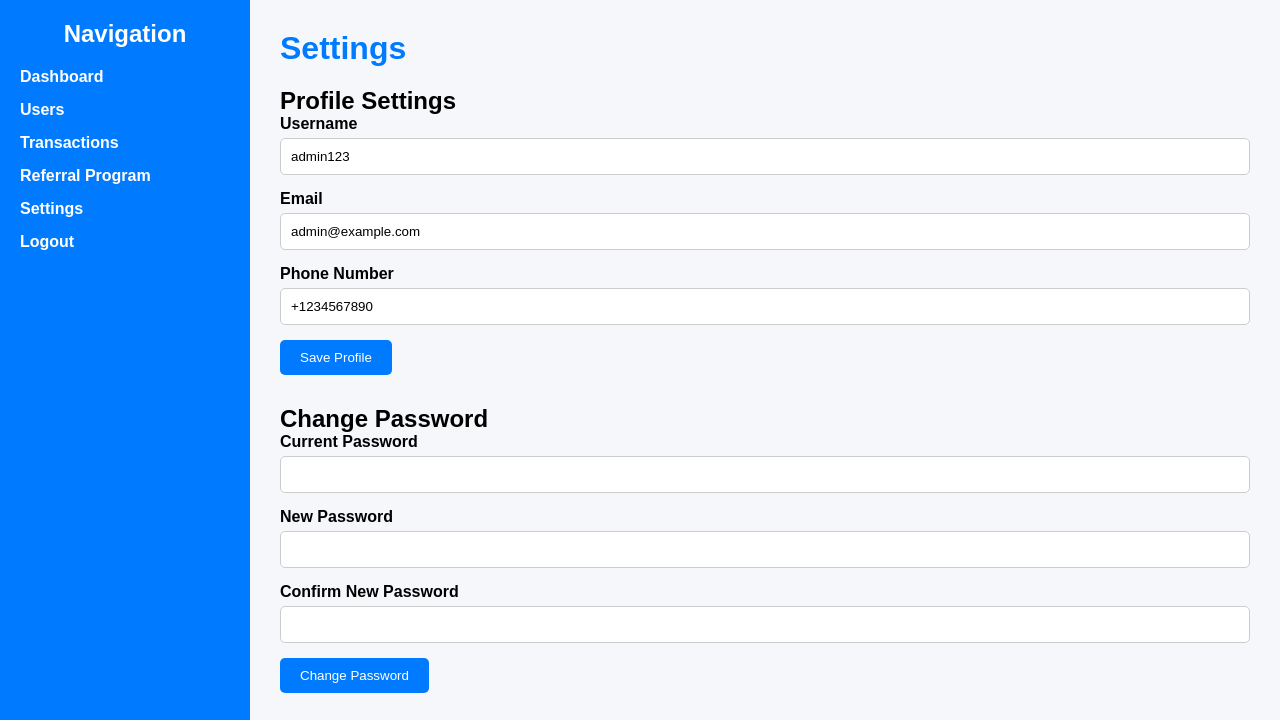
Repository: 2025silverx/slivedrX
Page: setting.html
An editor plug-in stored every save of this project. The page is shown before and after a run of saves, followed by the edit.
The browser window is 1280 px wide. The pictures show the whole page.
An inner scrolling area shows only its first screen.

Above is the page before, as saved 2025-01-05 00:39:16.

After the next 2 saves:
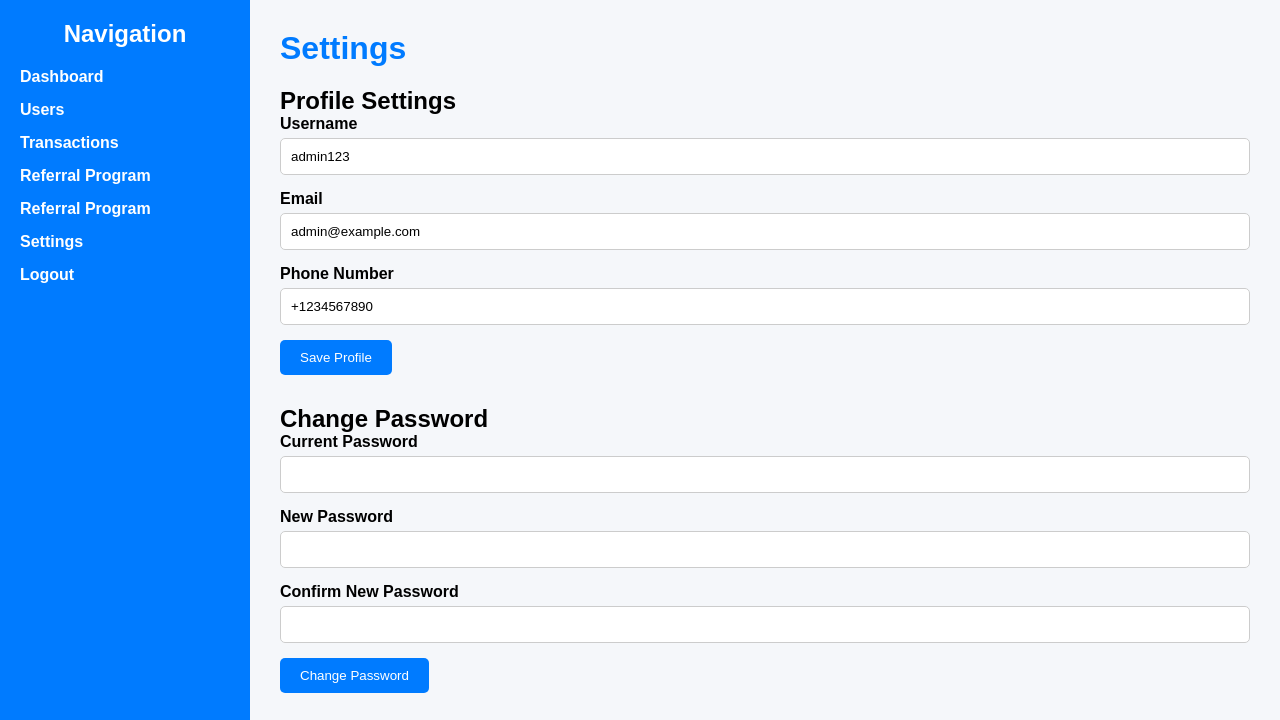
The 2 saves are shown as one change because they came seconds apart.
The last was saved 115 s later.
--- a/setting.html
+++ b/setting.html
@@ -15,6 +15,7 @@
                 <li><a href="index5.html" class="sidebar-link" data-target="dashboard">Dashboard</a></li>
                 <li><a href="index.html" class="sidebar-link" data-target="users">Users</a></li>
                 <li><a href="index2.html" class="sidebar-link" data-target="transactions">Transactions</a></li>
+                <li><a href="index4.html" class="sidebar-link" data-target="reports">Referral Program</a></li>
                 <li><a href="index4.html" class="sidebar-link" data-target="reports">Referral Program</a></li>
                 <li><a href="setting.html" class="sidebar-link" data-target="settings">Settings</a></li>
                 <li><a href="index5.html" class="sidebar-link" data-target="logout">Logout</a></li>
